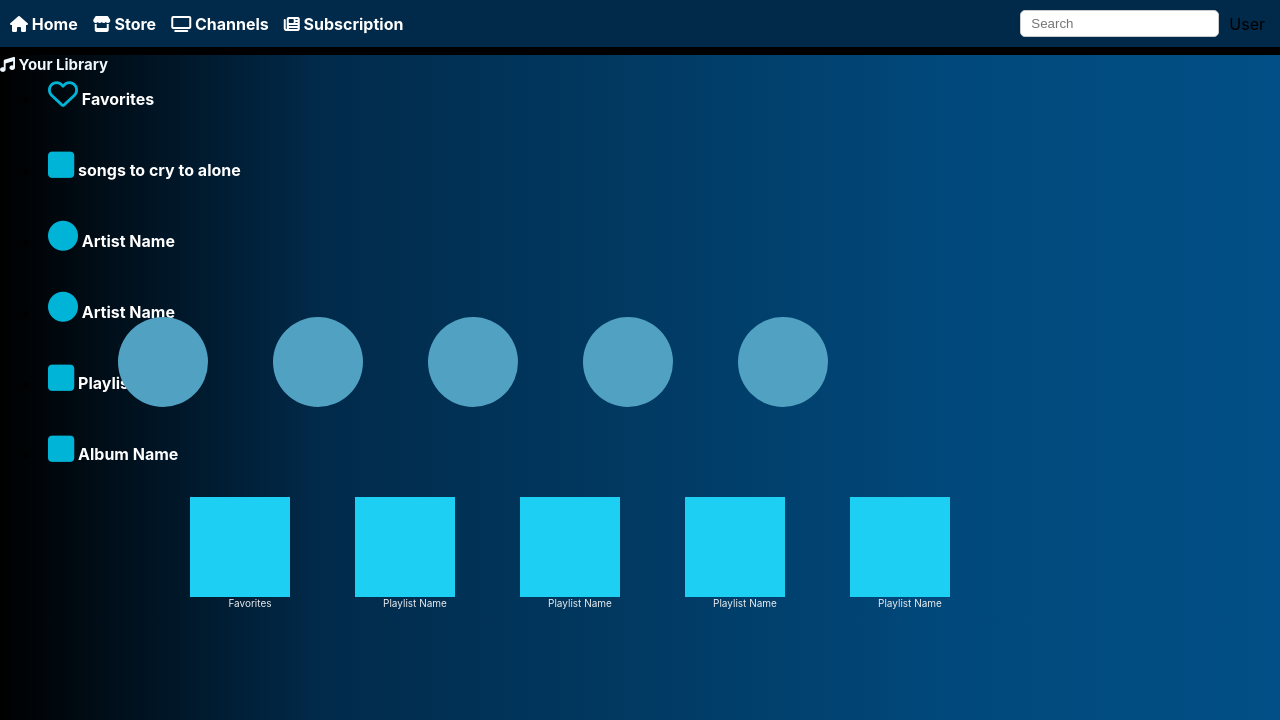
Repository: gordonnrat/group-2-project
Page: / (app in source-code/)
The author's editor kept a copy of each file at every save. The page is drawn from the files as they stood at one save, then again after a run of saves.
The browser window is 1280 px wide. The pictures show the whole page.
The project was rebuilt for these pictures with package versions that can differ from the ones it lists, and the page was loaded fresh each time. Also part of the build but not shown: source-code/src/App.css, source-code/src/App.js, source-code/src/components/pages/Login.js.

Above is the page before, as saved 2023-08-01 16:19:23.

After the next 4 saves:
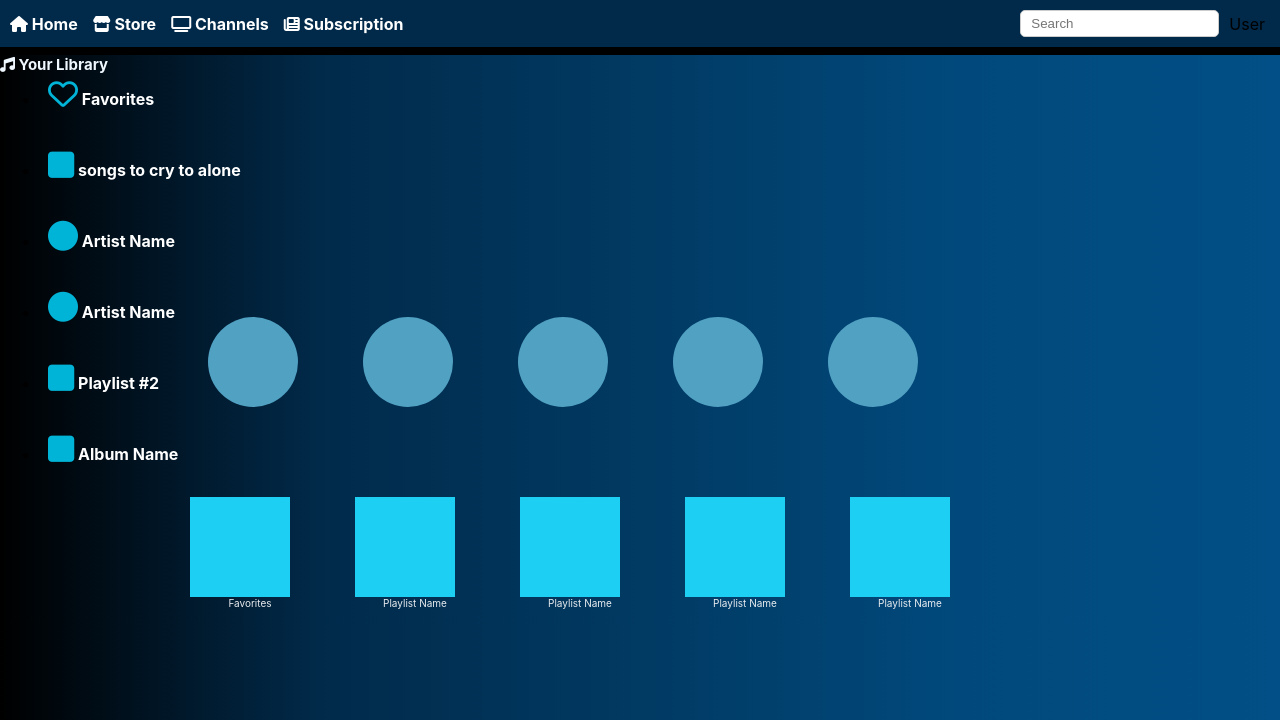
The 4 saves are shown as one change because they came seconds apart.
The last was saved 20 s later.
--- a/source-code/src/components/pages/js.css
+++ b/source-code/src/components/pages/js.css
@@ -67,7 +67,7 @@
   background-color: rgb(81, 161, 195); /* You can set the color for the circles */
   position: absolute;
   top: -300px; /* Adjust the vertical position of the circles below the squares */
+  left: 50%; /* Horizontally center the circles */
 
-  right: 30%;
   transform: translateX(-50%);
 }
